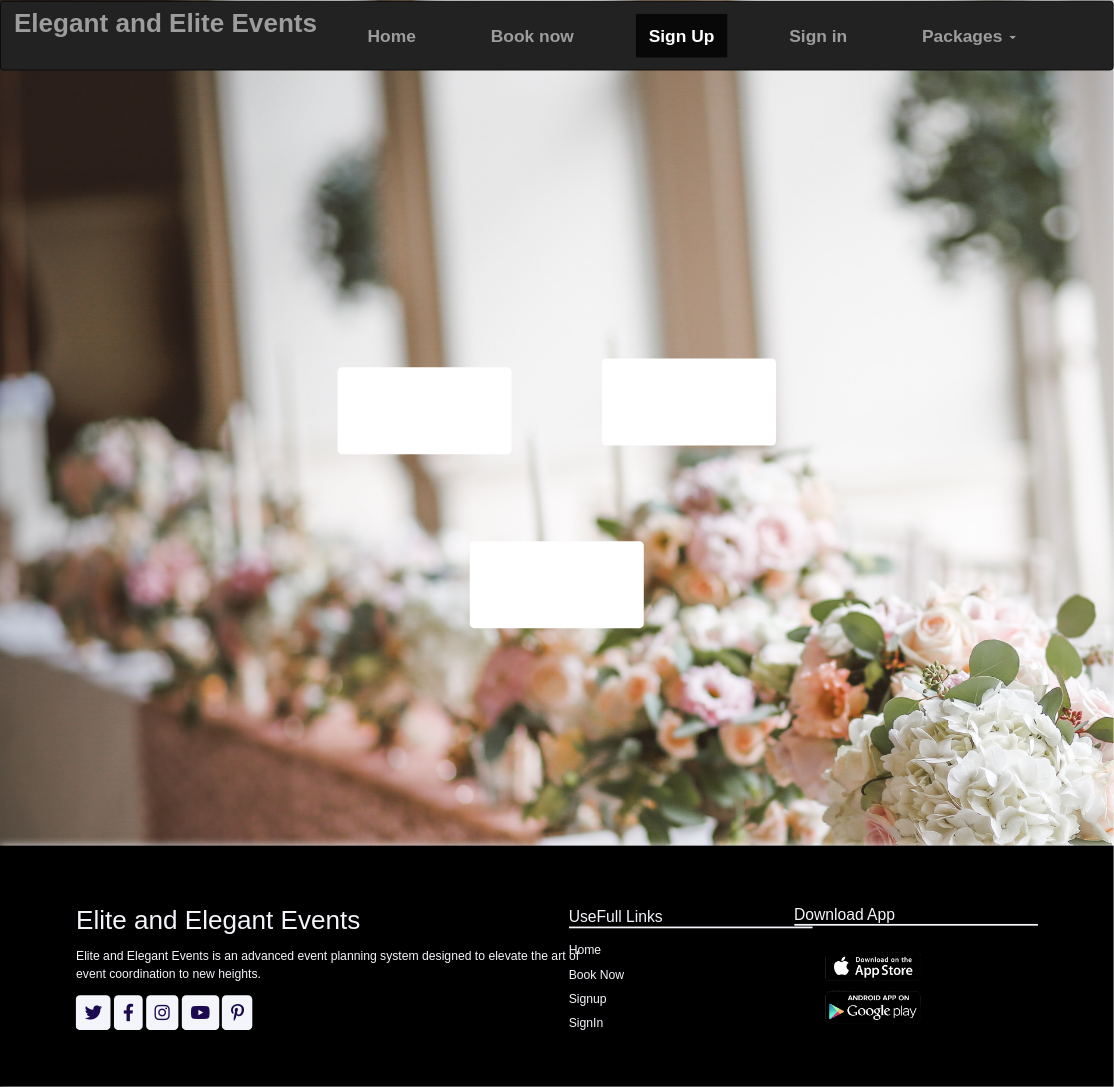
Repository: it22272690/Event-Planning-System
Page: http://localhost/PaymentDemo/useraccount.jsp
An editor plug-in stored every save of this project. The page is shown before and after the next save, followed by the edit.
The browser window is 1280 px wide. The pictures show the whole page, at 87% of full size.
Some web fonts or font styles are not loaded; a fallback is used. The page is served by Tomcat 10.

Above is the page before, as saved 2023-10-24 09:24:13.

After the next save:
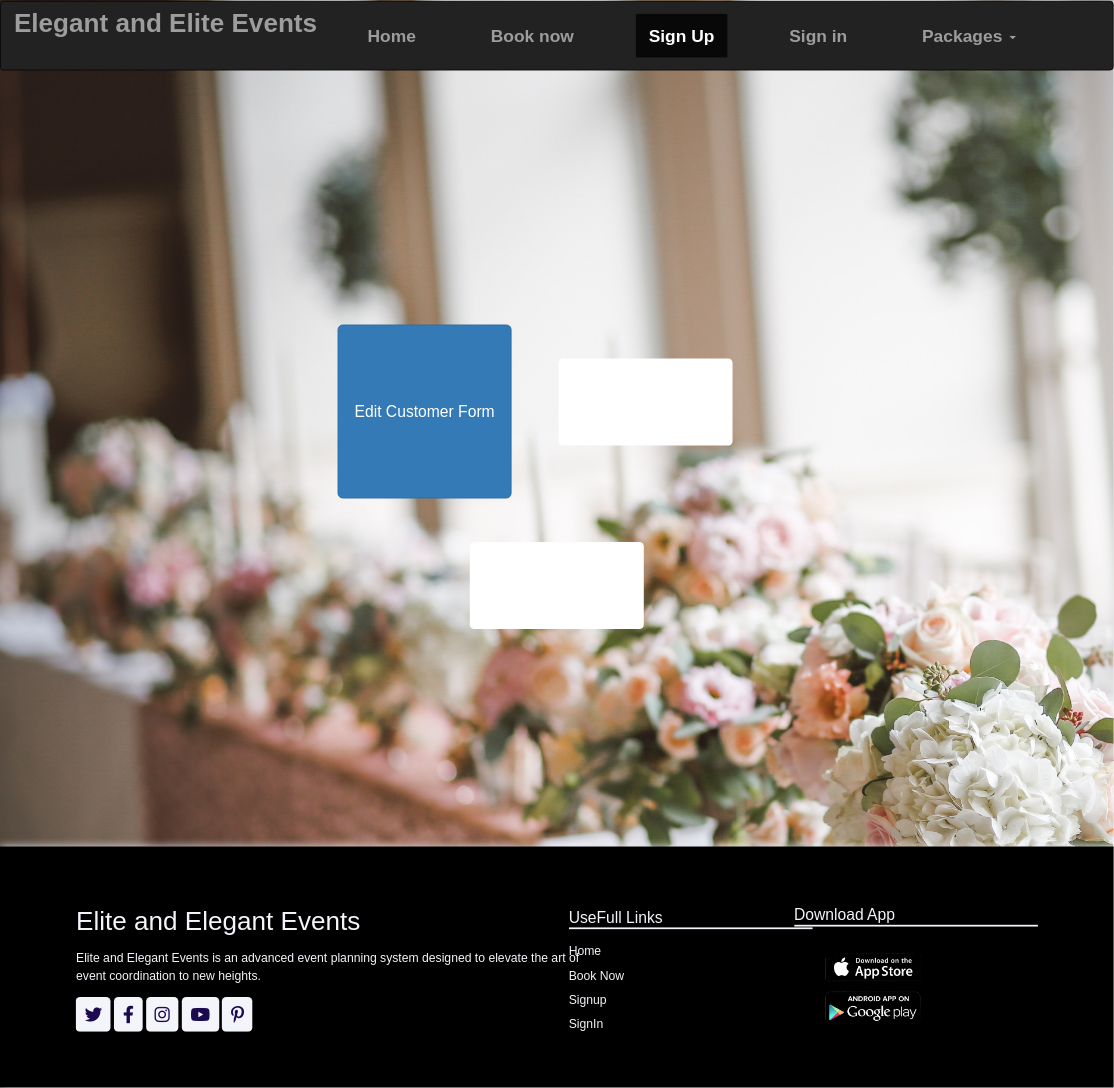
Saved 5 min 8 s later.
--- a/PaymentDemo/src/main/webapp/useraccount.jsp
+++ b/PaymentDemo/src/main/webapp/useraccount.jsp
@@ -83,7 +83,7 @@
                 <!-- Display user information here (e.g., name, email, etc.) -->
             </div>
             <div class="user-actions">
-                <button id="edit-customer" style="color:white; width:200px; height:100px; margin:50px;">Edit Customer Form</button>
+                <button id="edit-customer" style="color:white;" class="btn btn-primary btn-lg">Edit Customer Form</button>
                 <button id="edit-event" style="color:white; width:200px; height:100px; margin:50px;">Edit Event Details Form</button>
                 <button id="edit-payment" style="color:white; width:200px; height:100px; margin:50px;">Edit Payment Form</button>
             </div>

After the save that followed:
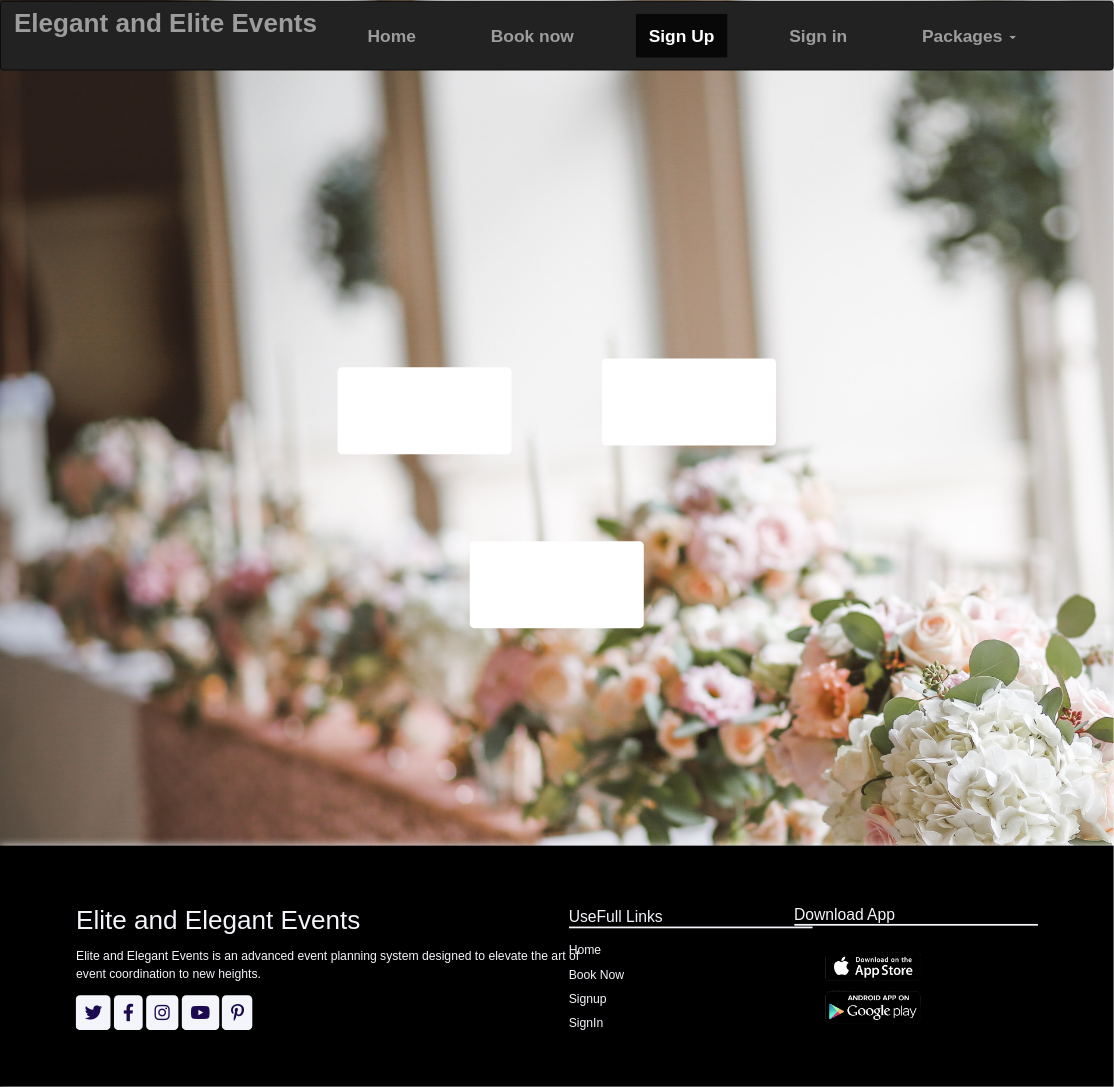
Saved 43 s later.
--- a/PaymentDemo/src/main/webapp/useraccount.jsp
+++ b/PaymentDemo/src/main/webapp/useraccount.jsp
@@ -83,7 +83,7 @@
                 <!-- Display user information here (e.g., name, email, etc.) -->
             </div>
             <div class="user-actions">
-                <button id="edit-customer" style="color:white;" class="btn btn-primary btn-lg">Edit Customer Form</button>
+                <button id="edit-customer" style="color:white; width:200px; height:100px; margin:50px; ">Edit Customer Form</button>
                 <button id="edit-event" style="color:white; width:200px; height:100px; margin:50px;">Edit Event Details Form</button>
                 <button id="edit-payment" style="color:white; width:200px; height:100px; margin:50px;">Edit Payment Form</button>
             </div>
